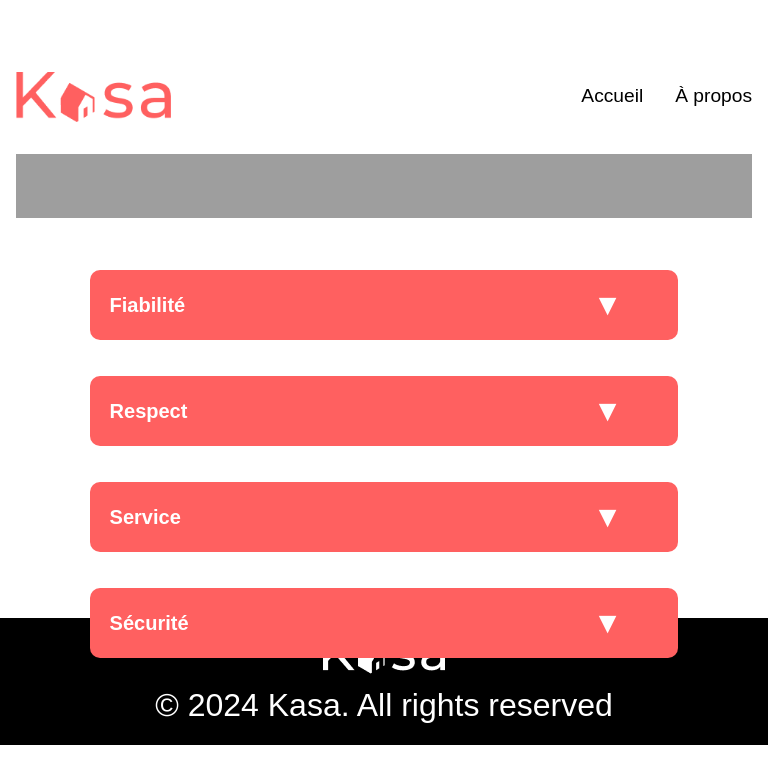
Repository: Dimple3377/kasa-project
Page: /about
These files come from the project's save history. The page is drawn as it stood at one moment and after the next save; the edit follows.
The browser window is 768 px wide. The pictures show the whole page.
Pictures or frames that could not be fetched are drawn as grey boxes. The project was rebuilt for these pictures with package versions that can differ from the ones it lists, and the page was loaded fresh each time. Also part of the build but not shown: vite.config.js, src/Components/Card/Card.scss, src/Components/Card/Card.jsx, src/Pages/Home/Home.scss, src/Pages/Home/Home.jsx, src/Components/SlideShow/SlideShow.scss, src/Components/SlideShow/SlideShow.jsx, src/Pages/Logements/Logements.scss and 2 more.

Above is the page before, as saved 2024-04-08 00:19:38.

### src/App.jsx
import "./index.scss";
import "./App.css";
import { Routes, Route } from "react-router-dom";
import Layout from "./Pages/Layout";
import Home from "./Pages/Home/Home";
import Logements from "./Pages/Logements/Logements";
import About from "./Pages/About/About";
import NotFoundPage from "./Pages/NotFoundPage/NotFoundPage";

function App() {
  return (
    <>
      <Layout>
        <Routes>
          <Route path="/" element={<Home />} />
          <Route path="/logements/:id" element={<Logements />} />
          <Route path="/about" element={<About />} />
          <Route path="*" element={<NotFoundPage />} />
        </Routes>
      </Layout>
    </>
  );
}

export default App;

### src/index.scss
@import "./Components/Header/header.scss";

### src/App.css
* {
  margin: 0;
  padding: 0;
  box-sizing: border-box;
  font-family: Arial, Helvetica, sans-serif;
  border: none;
  outline: none;
}

### src/Pages/Layout.jsx
import PropTypes from "prop-types";
import Header from "../Components/Header/Header";
import Footer from "../Components/Footer/Footer";

function Layout({ children }) {
  return (
    <div>
      <Header />
      {children}
      <Footer />
    </div>
  );
}

Layout.propTypes = {
  children: PropTypes.node.isRequired,
};
export default Layout;

### src/Pages/About/About.jsx
import React, { useEffect } from "react";
import Collapse from "../../Components/Collapse/Collapse";

import Banner from "../../Components/Banner/Banner";

import bannerImage from "../../assets/images/banniere2.jpeg";
import "./About.scss";
function About() {
  useEffect(() => {
    document.body.classList.add("about-page-body");

    return () => document.body.classList.remove("about-page-body");
  }, []);
  return (
    <div className="about-page">
      <Banner backgroundUrl={bannerImage} />

      <section className="collapses">
        <Collapse title="Fiabilité">
          <p>
            Les annonces postées sur Kasa garantissent une fiabilité totale...
          </p>
        </Collapse>
        <Collapse title="Respect">
          <p>...</p>
        </Collapse>
        <Collapse title="Service">
          <p>...</p>
        </Collapse>
        <Collapse title="Sécurité">
          <p>...</p>
        </Collapse>
      </section>
    </div>
  );
}

export default About;

### src/Components/Header/header.scss
.header {
  display: flex;
  align-items: center;
  padding: 1rem;

  .header-logo {
    height: 50px;
    margin-right: 1rem;
  }

  nav {
    margin-left: auto;

    ul {
      list-style: none;
      display: flex;
      margin: 0;
      padding: 0;

      li {
        margin-left: 2rem;

        a {
          color: black;
          text-decoration: none;
        }
      }
    }
  }
}

### src/Components/Header/Header.jsx
import { Link } from "react-router-dom";
import logoImage from "../../assets/images/logo.png";

function Header() {
  return (
    <header className="header">
      <img src={logoImage} alt="Logo" className="header-logo" />
      <nav>
        <ul>
          <li>
            <Link to="/">Accueil</Link>
          </li>

          <li>
            <Link to="/about">À propos</Link>
          </li>
          {/* Ajoutez d'autres liens de navigation ici si nécessaire */}
        </ul>
      </nav>
    </header>
  );
}

export default Header;

### src/Components/Footer/Footer.jsx
import "./Footer.scss";
import logoImage from "../../assets/images/logo_footer.png";
function Footer() {
  return (
    <footer className="footer">
      <img src={logoImage} alt="Kasa Logo" className="footer-logo" />
      <p>&copy; {new Date().getFullYear()} Kasa. All rights reserved</p>
    </footer>
  );
}

export default Footer;

### src/Components/Banner/Banner.jsx
import React, { useState } from "react"; // Assurez-vous d'importer useState
import "./Banner.scss";
import leftArrowImg from "../../assets/images/arrowLeft.png";
import rightArrowImg from "../../assets/images/arrowRight.png";

// Cette version de Banner peut accepter soit un backgroundUrl pour une image de fond statique, soit un tableau d'images pour un diaporama
export default function Banner({
  images,
  backgroundUrl,
  title,
  showArrows = false,
}) {
  const [currentIndex, setCurrentIndex] = useState(0);

  const goToPrevious = () => {
    const isFirstSlide = currentIndex === 0;
    const newIndex = isFirstSlide ? images.length - 1 : currentIndex - 1;
    setCurrentIndex(newIndex);
  };

  const goToNext = () => {
    const isLastSlide = currentIndex === images.length - 1;
    const newIndex = isLastSlide ? 0 : currentIndex + 1;
    setCurrentIndex(newIndex);
  };

  // Si un tableau d'images est fourni, affiche le diaporama
  if (images && images.length > 0) {
    return (
      <div className="banner slideshow">
        {showArrows && images.length > 1 && (
          <>
            <button onClick={goToPrevious} className="banner-arrow left">
              <img src={leftArrowImg} alt="Previous" />
            </button>
            <button onClick={goToNext} className="banner-arrow right">
              <img src={rightArrowImg} alt="Next" />
            </button>
          </>
        )}
        <img src={images[currentIndex]} alt="Slide" />
        {title && <h1>{title}</h1>}
      </div>
    );
  }

  // Sinon, backgroundUrl pour une image de fond statique
  return (
    <div
      className="banner"
      style={{ backgroundImage: `url(${backgroundUrl})` }}
    >
      {title && <h1>{title}</h1>}
    </div>
  );
}

### src/Components/Collapse/Collapse.jsx
import React, { useState } from "react";
import "./Collapse.scss";

function Collapse({ title, children }) {
  const [isOpen, setIsOpen] = useState(false);

  // Fonction pour gérer le clic sur la flèche
  const handleArrowClick = (e) => {
    // Pour éviter que le clic sur la flèche affecte d'autres éléments
    e.stopPropagation();
    setIsOpen(!isOpen);
  };

  return (
    <div className="collapse">
      <div className="collapse-header">
        {title}
        {/* Flèche rendue cliquable en étant placée dans un bouton */}
        <button
          onClick={handleArrowClick}
          className={`collapse-arrow ${isOpen ? "active" : ""}`}
        >
          ▼
        </button>
      </div>
      <div className={`collapse-content ${isOpen ? "active" : ""}`}>
        {children}
      </div>
    </div>
  );
}

export default Collapse;

### src/Pages/About/About.scss
.about-page {
  display: flex;
  flex-direction: column;
  align-items: center;
  @media (max-width: 768px) {
    height: 30rem;
    padding: 1rem;
  }
  .collapses {
    width: 100%;
    max-width: 1440px; // Correspond à la largeur de la bannière
    margin: 20px auto; // Ajoute des marges en haut et en bas et centre les collapses
    display: flex;
    flex-direction: column;
    align-items: center;
    gap: 20px; // Ajoute un espace entre chaque collapse

    .collapse {
      width: 80%; // Prend toute la largeur du conteneur .collapses
      // Styles supplémentaires pour .collapse si nécessaire...
    }
  }
  .banner {
    width: 100%;
    height: 300px; // Hauteur de la bannière
    background-size: cover;
    background-position: center;
    display: flex;
    align-items: center;
    justify-content: center;
    padding: 2em 0;
    margin-bottom: 2rem;

    .footer {
      position: absolute;
    }
  }
}

### src/Pages/NotFoundPage/NotFoundPage.scss
// NotFoundPage.scss
.not-found-page {
  display: flex;
  flex-direction: column;
  align-items: center;
  justify-content: center;
  height: 80vh;
  text-align: center;
  .not-found-image {
    width: 100%; // Rend l'image responsive
    max-width: 400px; // Limite la taille maximale de l'image
    height: auto; // Garde le ratio de l'image
    margin-bottom: 2rem;
    @media (max-width: 768px) {
      max-width: 300px; // Réduit la taille de l'image sur les petits écrans
      margin: 0 auto; // Garde l'image centrée avec des marges automatiques
    }
  }
}
h1 {
  font-size: 5em;
}

p {
  font-size: 2em;
  color: #ff5a5f;
  margin-top: 15rem;
}

a {
  margin-top: 20px;
  font-size: 1.2em;
  color: black;
  text-decoration: none;
  margin-top: 15rem;

  &:hover {
    text-decoration: underline;
  }
}

### src/Components/Footer/Footer.scss
footer {
  width: 100%;
  padding: 1rem 0;
  background-color: #000;

  bottom: 0;
  left: 0;
  text-align: center;

  p {
    color: #fff;
    margin: 0;
  }
}

### src/Components/Banner/Banner.scss
.banner {
  display: flex;
  justify-content: center;
  align-items: center;
  width: 100%;
  height: 300px;

  background-size: cover;
  background-position: center;
}

h1 {
  margin: 0;
  text-align: center;
  justify-content: center;
}

### src/Components/Collapse/Collapse.scss
$collapse-background: #ff6060;
$collapse-text-color: #ffffff;
$collapse-arrow-color: #ffffff;
$collapse-content-background: #ffffff;

.collapse {
  & + & {
    margin-top: 1em;
  }
  .collapse-header {
    background-color: $collapse-background;
    color: $collapse-text-color;
    padding: 20px;
    font-size: 1.25em;
    font-weight: bold;
    width: 100%;
    text-align: left;
    position: relative;
    cursor: pointer;
    border-radius: 10px;

    .collapse-arrow {
      background: none;
      border: none;
      color: $collapse-arrow-color;
      font-size: 1.5em;
      cursor: pointer;
      position: absolute;
      right: 20px;
      top: 50%;
      transform: translateY(-50%) rotate(0deg); // Flèche pointe vers le haut initialement
      transition: transform 0.3s ease;

      &.active {
        transform: translateY(-50%) rotate(180deg); // Flèche pointe vers le bas quand le contenu est ouvert
      }
    }
  }

  .collapse-content {
    max-height: 0;
    overflow: hidden;
    transition: max-height 0.3s ease, padding 0.3s ease;
    background-color: $collapse-content-background;
    border-radius: 0 0 10px 10px;
    padding: 0 20px;

    &.active {
      padding: 20px;
      max-height: 1000px;
    }
  }
}

Loaded but not shown: index.html (common file); src/main.jsx (common file); src/index.css (common file)

After the next save:
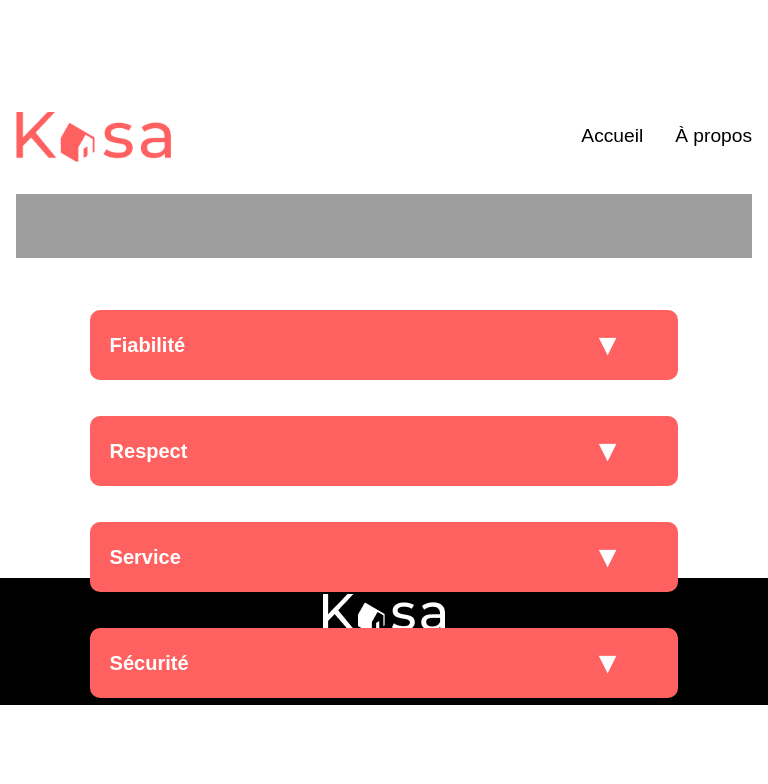
Saved 67 s later.
--- a/src/Pages/About/About.scss
+++ b/src/Pages/About/About.scss
@@ -3,7 +3,7 @@
   flex-direction: column;
   align-items: center;
   @media (max-width: 768px) {
-    height: 30rem;
+    height: 25rem;
     padding: 1rem;
   }
   .collapses {

After the save that followed:
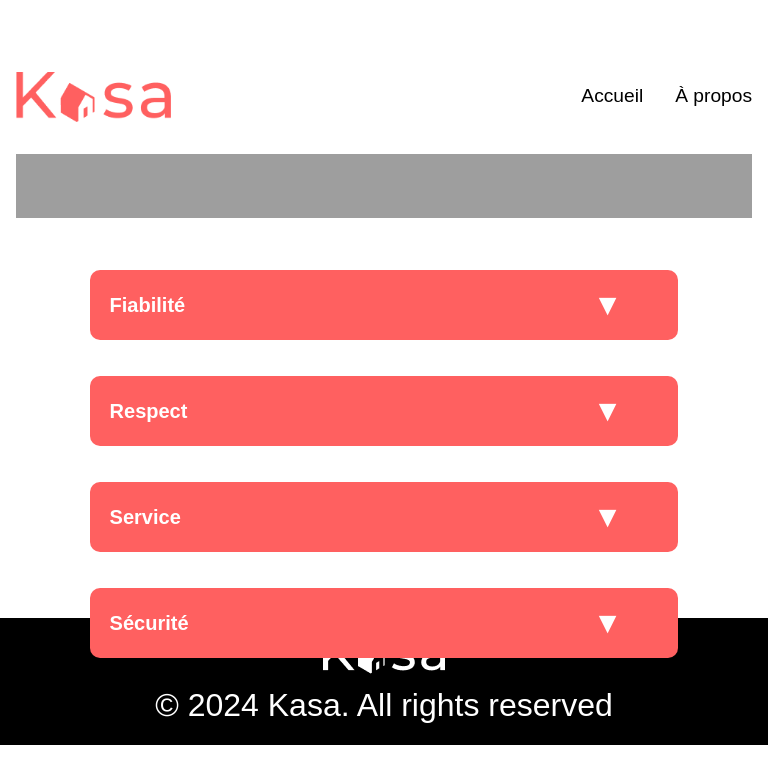
Saved 10 s later.
--- a/src/Pages/About/About.scss
+++ b/src/Pages/About/About.scss
@@ -3,7 +3,7 @@
   flex-direction: column;
   align-items: center;
   @media (max-width: 768px) {
-    height: 25rem;
+    height: 30rem;
     padding: 1rem;
   }
   .collapses {
